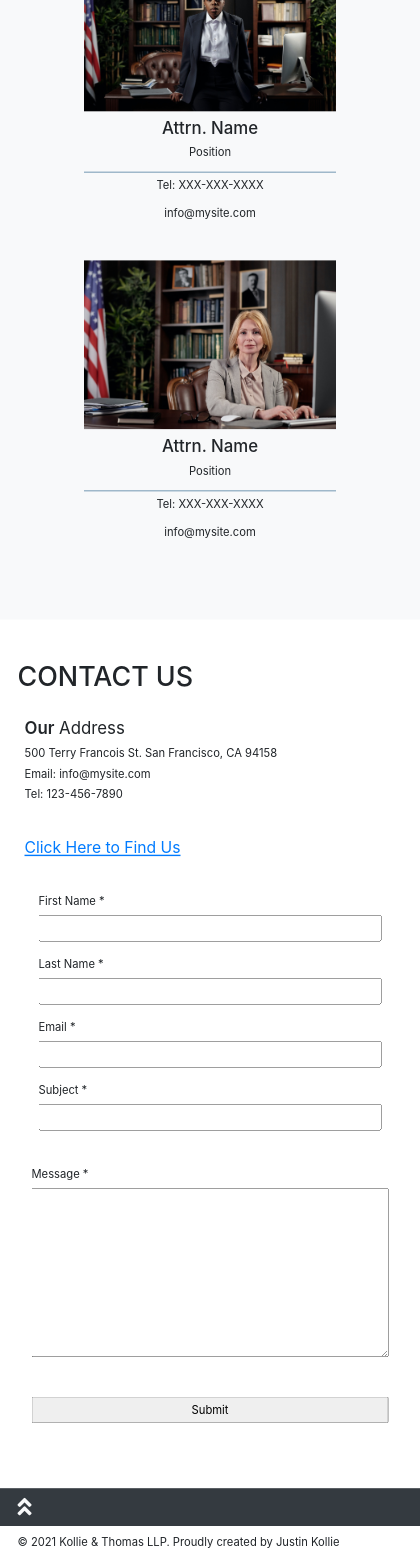
Repository: just-mann/kolllie-kolliellp
Page: index.html
An editor plug-in stored every save of this project. The page is shown before and after a run of saves, followed by the edit.
The browser window is 600 px wide. The pictures show the part of the page from y = 3810 to 6050 px (the page is 6050 px tall), at 70% of full size.

Above is the page before, as saved 2021-06-02 01:13:25.

After the next 2 saves:
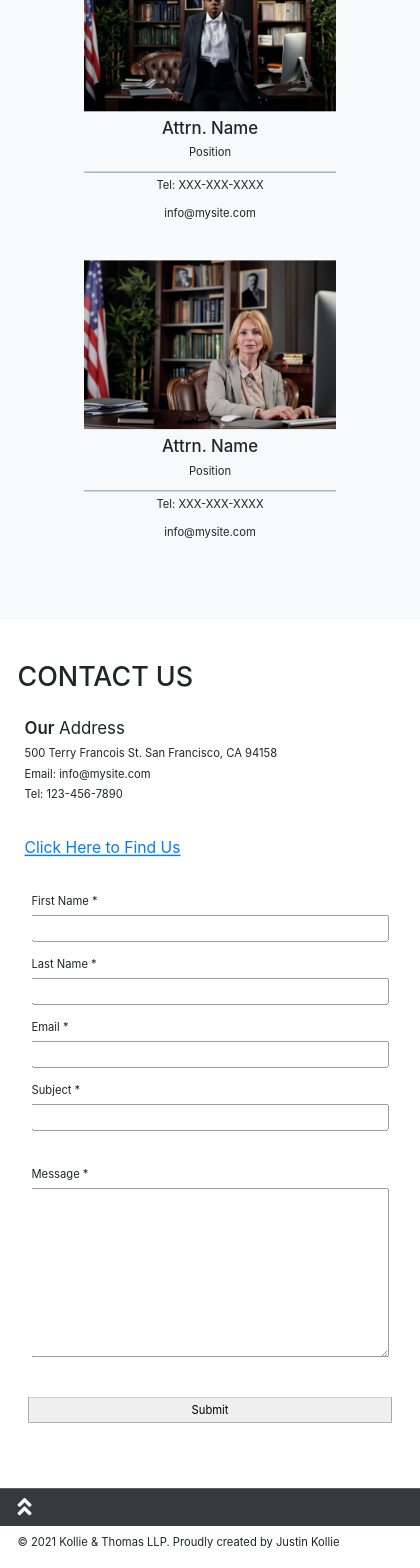
The 2 saves are shown as one change because they came seconds apart.
The last was saved 16 s later.
--- a/assets/css/style.css
+++ b/assets/css/style.css
@@ -224,7 +224,7 @@ body {
 
     form div {
         margin: 20px 0px 5px 0px;
-        padding: 0px 10px;
+        padding: 0px 5px;
         max-width: 100%;
     }
 
